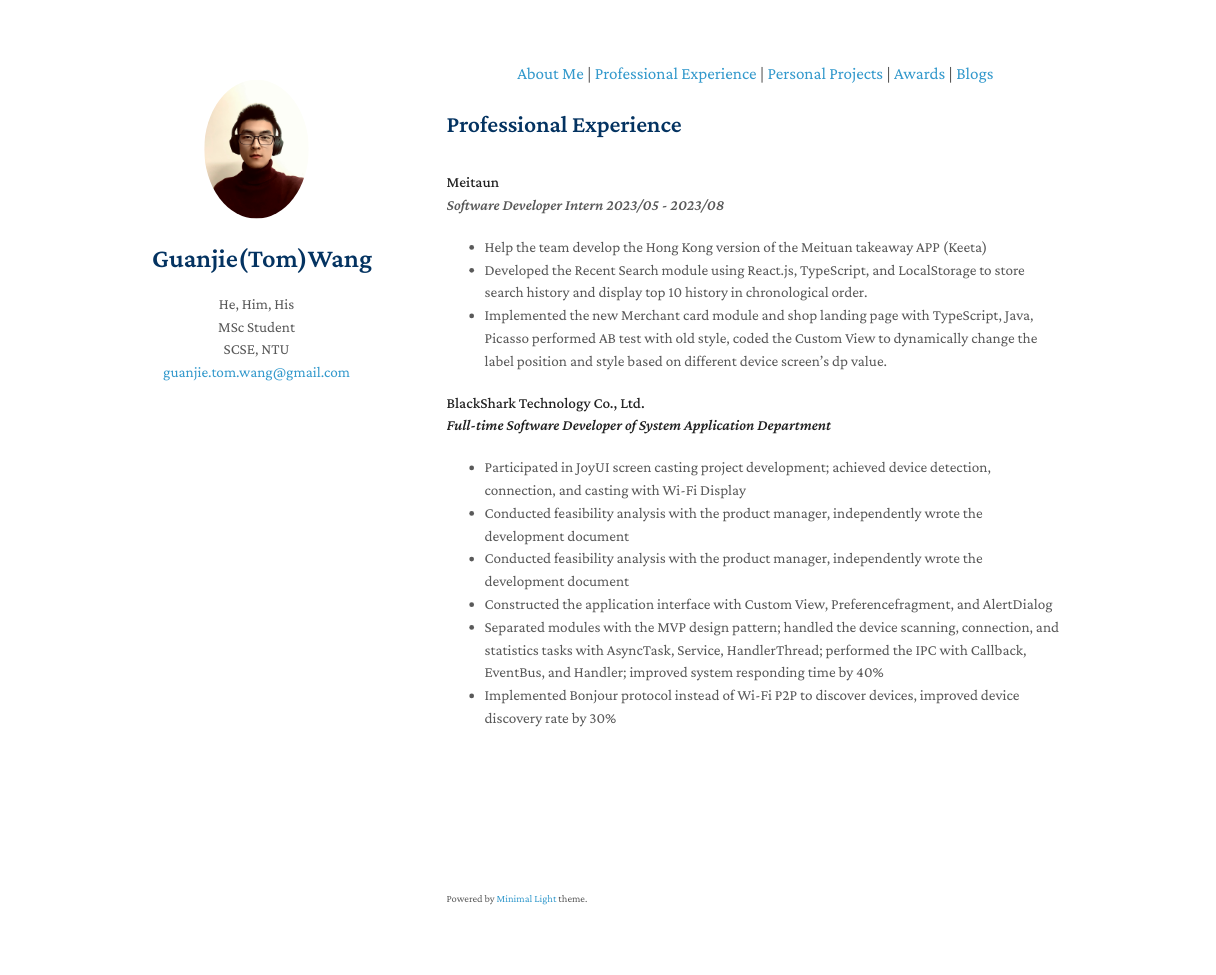
Repository: guanjie01/aboutme
Page: html/professional.html
These files come from the project's save history. The page is drawn as it stood at one moment and after the next save; the edit follows.
The browser window is 1280 px wide. The pictures show the whole page, at 95% of full size.

Above is the page before, as saved 2023-07-30 22:25:02.

After the next save:
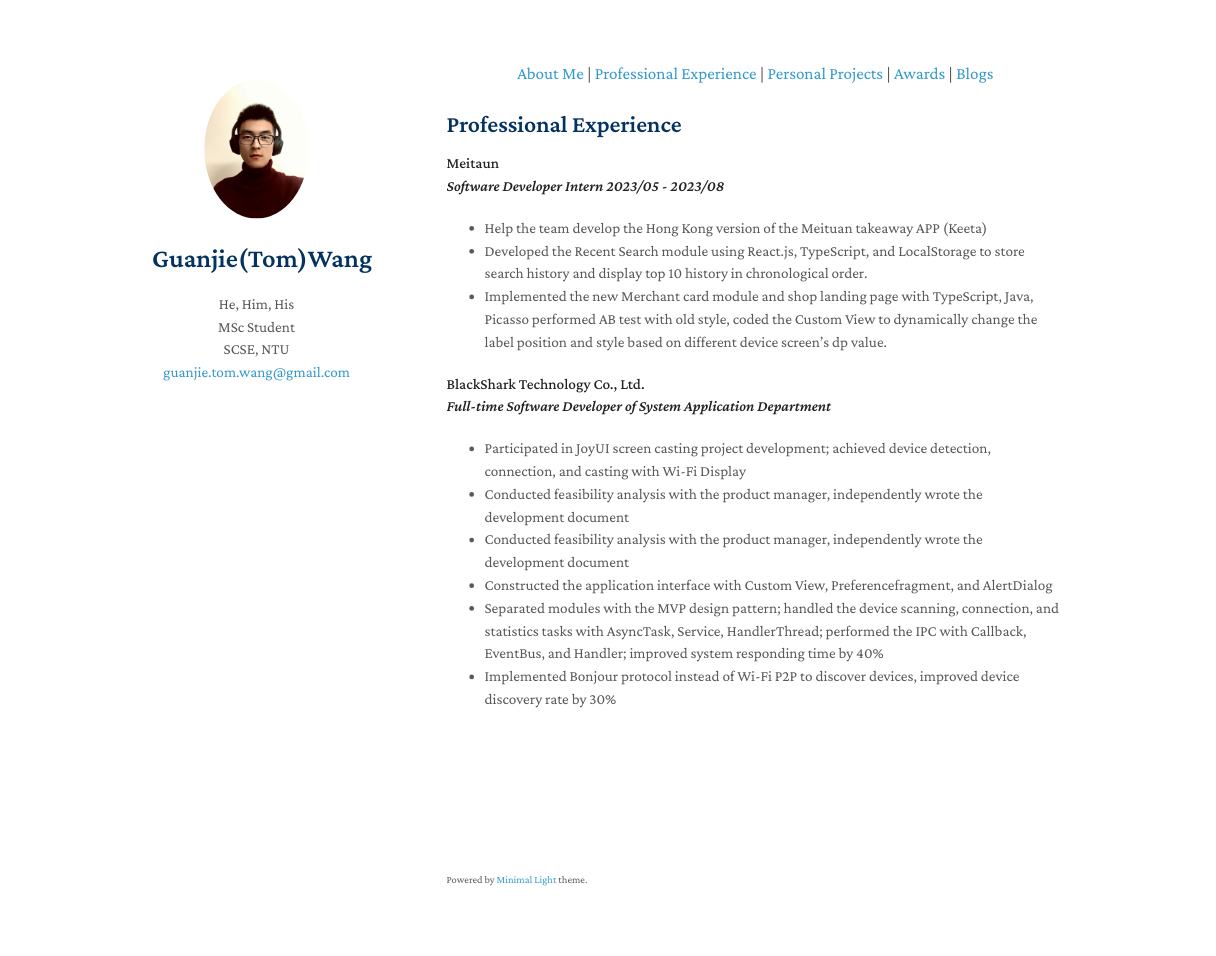
Saved 18 s later.
--- a/html/professional.html
+++ b/html/professional.html
@@ -71,12 +71,12 @@
       <div id="work-experience">
         <h2>Professional Experience</h2>
        <p style="display: flex; justify-content: space-between;">
-        <div>
-          <strong>Meitaun<br /> </strong>
-        </div>
+
+          <strong>Meitaun<br />
+
             <em style="align-self: flex-start;">Software Developer Intern </em>
             <em style = "align-self: flex-end;"> 2023/05 - 2023/08</em>
-
+          </strong>
         </p>
         <ul>
           <li>
